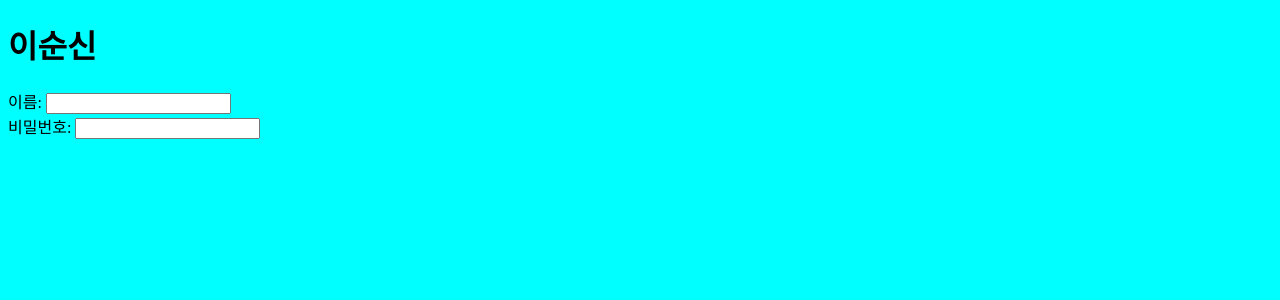
Repository: htsgts/JavaFramework
Page: workspace/Chapter01/src/main/resources/static/first.html
The author's editor kept a copy of each file at every save. The page is drawn from the files as they stood at one save, then again after the next save.
The browser window is 1280 px wide. The pictures show the whole page.

Above is the page before, as saved 2024-03-04 05:34:28.

After the next save:
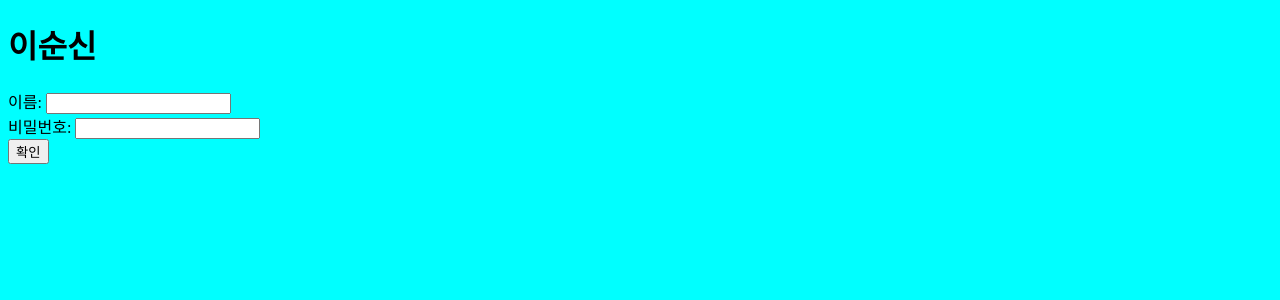
Saved 29 s later.
--- a/workspace/Chapter01/src/main/resources/static/first.html
+++ b/workspace/Chapter01/src/main/resources/static/first.html
@@ -11,7 +11,7 @@
 		<form action="response.html" method="post">
 			이름: <input type="text" name="name"/><br>
 			비밀번호: <input type="password" name="password" /><br>
-
+			<input type="button" value="확인"/>
 		</form>
 	</body>
 </html>
